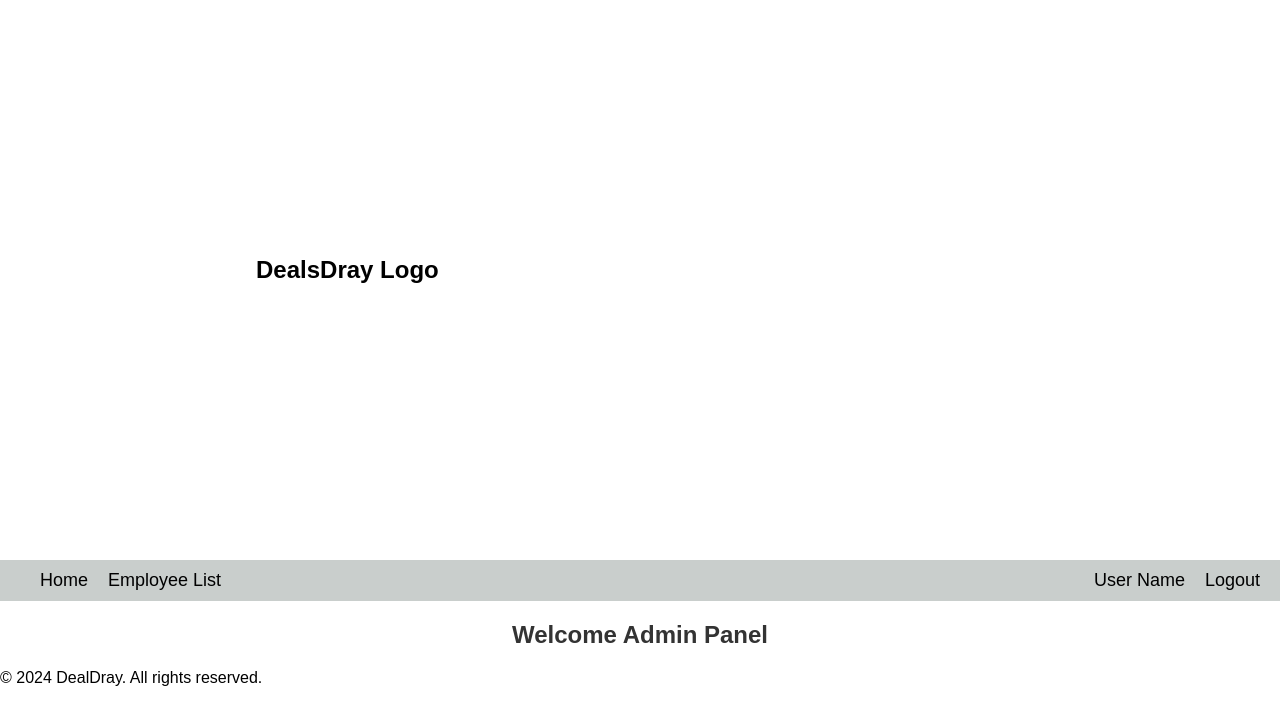
Repository: Mahanandapadavale123/dealsdray
Page: /dashboard (app in frontend/)
These files come from the project's save history. The page is drawn as it stood at one moment and after the next save; the edit follows.
The browser window is 1280 px wide. The pictures show the whole page.
The page's requests for data from a server got no answer. The project was rebuilt for these pictures with package versions that can differ from the ones it lists, and the page was loaded fresh each time. No one was signed in, and anything a server would have sent is missing. Also part of the build but not shown: frontend/src/views/login.jsx, frontend/src/views/EmployeeList.js, frontend/src/views/createemployee.jsx.

Above is the page before, as saved 2024-09-19 18:20:58.

### frontend/src/App.js
import React, { useState, useEffect } from "react";
import { BrowserRouter as Router, Routes, Route, Navigate } from "react-router-dom";
import axios from "axios";
import Login from "./views/login";
import Dashboard from "./views/Dashboard.js";
import EmployeeList from "./views/EmployeeList";
import EmployeeForm from './views/createemployee.jsx';


function App() {
  const [isLoggedIn, setIsLoggedIn] = useState(false);

  useEffect(() => {
    const checkAuthentication = async () => {
      try {
        const response = await axios.get("http://127.0.0.1:8000/api/v1/users/isAuthenticated", {
          withCredentials: true,  // Ensure cookies are sent with the request
        });
        if (response.data.isAuthenticated) {
          setIsLoggedIn(true);
        } else {
          setIsLoggedIn(false);
        }
      } catch (error) {
        console.log("Error checking authentication:", error);
        setIsLoggedIn(false);  // If error occurs, assume user is not logged in
      }
    };
    checkAuthentication();
  }, []);

  return (
    <Router>
      <Routes>
        <Route
          path="/dashboard"
          element={<Dashboard /> }
        />
         <Route path="/employee-list" element={<EmployeeList />} />
         <Route path="/ createemployee" element={<EmployeeForm />} />

        {/* <Route
          path="/dashboard"
          element={isLoggedIn ? <Dashboard /> : <Navigate to="/login" />}
        />

        <Route path="/login" element={<Login setIsLoggedIn={setIsLoggedIn} />} />

        <Route path="/" element={<Navigate to={isLoggedIn ? "/dashboard" : "/login"} />} /> */}
      </Routes>
    </Router>
  );
}

export default App;

### frontend/src/views/dashboard.js
import React from 'react';
import Header from './layout/header';
import Footer from './layout/footer';
import '../css/dashboard.css';

const Dashboard = () => {
  return (
    <div class="page-container">


      <Header />

      <main class="content">

        <h2>
          Welcome Admin Panel
        </h2>

      </main>



      <Footer />

    </div>
  );
};

export default Dashboard;

### frontend/src/css/login.module.css
.container {
    display: flex;
    justify-content: center;
    align-items: center;
    height: 100vh;
    background-color: #f0f2f5;
  }

  .formContainer {
    background: #fff;
    padding: 2rem;
    border-radius: 8px;
    box-shadow: 0 4px 8px rgba(0, 0, 0, 0.1);
    width: 100%;
    max-width: 400px;
  }

  h2 {
    margin-bottom: 1rem;
    color: #333;
    text-align: center;
  }

  .form {
    display: flex;
    flex-direction: column;
  }

  .label {
    margin-bottom: 0.5rem;
    font-weight: bold;
  }

  .input {
    margin-bottom: 1rem;
    padding: 0.75rem;
    border: 1px solid #ddd;
    border-radius: 4px;
    font-size: 1rem;
  }

  .button {
    padding: 0.75rem;
    border: none;
    border-radius: 4px;
    background-color: #007bff;
    color: #fff;
    font-size: 1rem;
    cursor: pointer;
    transition: background-color 0.3s;
  }

  .button:hover {
    background-color: #0056b3;
  }

### frontend/src/views/layout/header.jsx
import React from "react";
import "../../css/navbar.css";

const Header = () => {
  return (
    <>
      <div class="row topbar">
        <div class="logo">DealsDray Logo</div>
      </div>

      <header class="header">
        <nav class="navbar">
          <ul class="nav-links">
            <li>
              <a href="/dashboard">Home</a>
            </li>
            <li>
              <a href="/employee-list">Employee List</a>
            </li>
          </ul>

          <ul class="nav-links">
            <li>
              <a href="/dashboard">User Name</a>
            </li>
            <li>
              <a href="/employee-list">Logout</a>
            </li>
          </ul>
        </nav>
      </header>
    </>
  );
};

export default Header;

### frontend/src/views/layout/footer.jsx
import React from 'react';
// import './footer.css'; // Import styles for the footer

const Footer = () => {
  return (
    <footer className="footer">
      <p>&copy; 2024 DealDray. All rights reserved.</p>
    </footer>
  );
};

export default Footer;

### frontend/src/css/dashboard.css
/* dashboard.css */

body {
    font-family: Arial, sans-serif;
    margin: 0;
    padding: 0;
  }

  .container {
    width: 100%;
    max-width: 1200px;
    margin: auto;
    padding: 20px;
  }

  header {
   background-color: #9c9a9a;
    margin-bottom: 20px;

  }
  .logo {
    text-align: left;
    font-size: 24px;
    font-weight: bold;
    margin-bottom: 10px;
  }

  h3 {
  display:inline-block;
    color: #333;
  }

  .dashboard-content {
    padding: 20px;
    background-color: #f9f9f9;
    border-radius: 8px;
    box-shadow: 0 2px 5px rgba(0, 0, 0, 0.1);
  }


  @media screen and (max-width: 768px) {
    table, th, td {
      font-size: 14px;
    }
  }

### frontend/src/css/employee.css
/* employee.css */

table {
    width: 100%;
    border-collapse: collapse;
    margin: 20px 0;
    font-size: 16px;
    text-align: center;
    box-shadow: 0 5px 10px rgba(0, 0, 0, 0.15);
  }

  th, td {
    padding: 12px;
    border: 1px solid #ddd;
  }

  th {
    background-color: #4CAF50;
    color: white;
  }

  tr:nth-child(even) {
    background-color: #f2f2f2;
  }

  tr:hover {
    background-color: #f1f1f1;
  }

  img {
    border-radius: 50%;
    width: 50px;
    height: 50px;
  }

  h2 {
    text-align: center;
    color: #333;
    margin-bottom: 20px;
  }

### frontend/src/css/create.css
form {
    display: flex;
    flex-direction: column;
    width: 300px;
    margin: auto;
  }

  div {
    margin-bottom: 10px;
  }

  label {
    margin-right: 10px;
  }

  button {
    padding: 8px;
    background-color: #4CAF50;
    color: white;
    border: none;
    cursor: pointer;
  }

### frontend/src/css/navbar.css
.header {
  background-color: #c9cecc;
  padding: 10px 20px;
  display: flex;
  align-items: center;
  }

  .topbar{
    padding: 20%;
  }
  .navbar {
    display: flex;
    justify-content: space-between;
    width: 100%;
    align-items: center;
  }

  .logo {
    color: #000000;
    font-size: 24px;
    font-weight: bold;
  }

  .nav-links {
    list-style: none;
    display: flex;
    margin: 0;
    padding: 0;
  }

  .nav-links li {
    margin-left: 20px;
  }

  .nav-links li a {
    color: #000000;
    text-decoration: none;
    font-size: 18px;
    transition: color 0.3s;
  }

  .nav-links li a:hover {
    color: #f0a500;
  }

Loaded but not shown: frontend/public/index.html (common file); frontend/src/index.js (common file); frontend/src/reportWebVitals.js (common file)

After the next save:
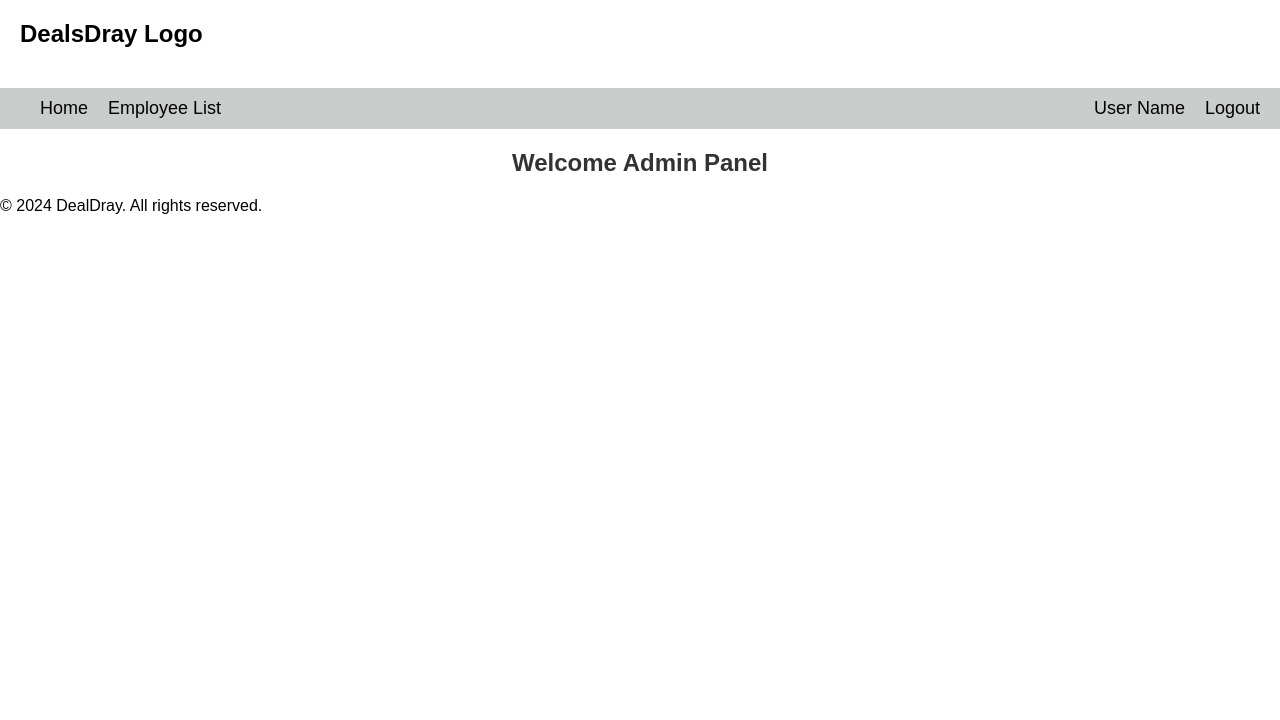
Saved 7 s later.
--- a/frontend/src/css/navbar.css
+++ b/frontend/src/css/navbar.css
@@ -6,7 +6,7 @@
   }
 
   .topbar{
-    padding: 20%;
+    padding: 20px;
   }
   .navbar {
     display: flex;
